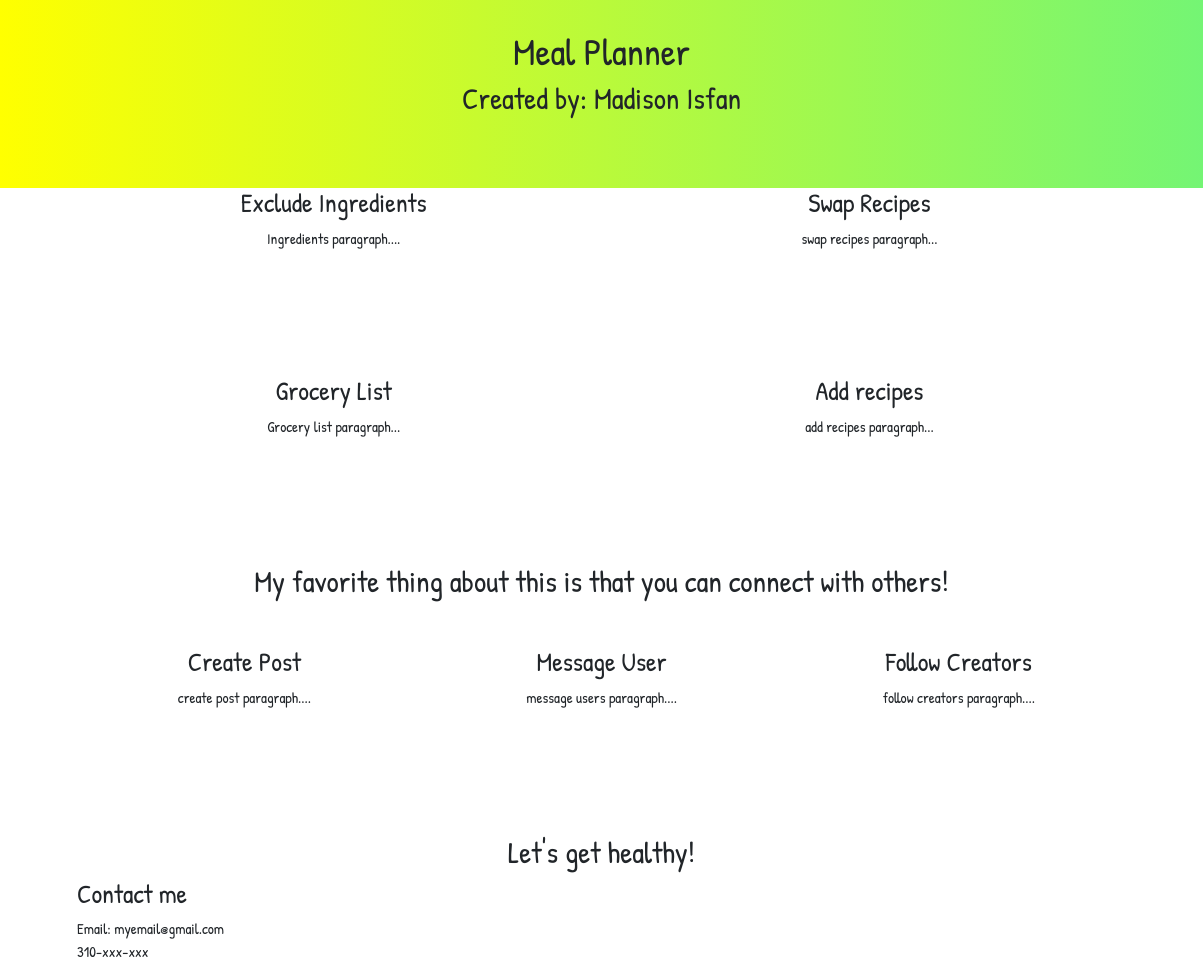
Repository: madisonisfan/Meal-Planner
Page: index.html
The author's editor kept a copy of each file at every save. The page is drawn from the files as they stood at one save, then again after the next save.
The browser window is 1280 px wide. The pictures show the whole page, at 94% of full size.
Some web libraries are served in a nearby version.

Above is the page before, as saved 2021-02-17 17:30:34.

### index.html
<!DOCTYPE html>
<head>

    <meta charset="utf-8"/>
    <meta name="viewport" content="width=device-width, initial-scale=1"/>

    <link rel="stylesheet" href="node_modules/bootstrap/dist/css/bootstrap.min.css" />

    <link rel="stylesheet" href="https://fonts.googleapis.com/css?family=Indie+Flower|Patrick+Hand" />
    <link rel="stylesheet" href="css/styles.css"/>
    <title> Meal Planner </title>
</head>

<body>

    <header class="jumbotron">
        <div class="container">
            <div class="row row-content  justify-content-center">
                <div class="col text-center saling-self">
                    <h1>Meal Planner</h1>
                    <h2>Created by: Madison Isfan</h2>
                </div>
            </div>
        </div>

    </header>

    <div class="container ">
        <div class="row row-content">
            <div class="col-12 text-center col-md">
                <h3>Exclude Ingredients</h3>
                <p>Ingredients paragraph....</p>
            </div>
            <div class="col-12 text-center col-md">
                <h3>Swap Recipes</h3>
                <p >swap recipes paragraph...</p>
            </div>
        </div>

        <div class="row row-content ">
            <div class="col-12 text-center col-md">
                <h3>Grocery List</h3>
                <p>Grocery list paragraph...</p>
            </div>
            <div class="col-12 text-center col-md">
                <h3>Add recipes</h3>
                <p>add recipes paragraph...</p>
            </div>
        </div>

    </div> <!--End of container-->

    <div class="container">
        <div class="row align-items-start">
            <div class="col ">
                <h2 class=" extra-header text-center">My favorite thing about this is that you can connect with others!</h2>
            </div>
        </div>
        <div class="row row-content align-items-start justify-content-center" >
            <div class="col-12 text-center col-md">
                <h3>Create Post</h3>
                <p>create post paragraph....</p>

            </div>
            <div class="col-12 text-center col-md">
                <h3>Message User</h3>
                <p>message users paragraph....</p>
            </div>
            <div class="col-12 text-center col-md">
                <h3>Follow Creators</h3>
                <p>follow creators paragraph....</p>
            </div>

        </div>

    </div>

    <footer>
        <div class="container">
            <div class="row">
                <div class ="col">
                    <h2 class="text-center"> Let's get healthy! </h2>
                </div>
            </div>

            <div class="row">
                <div class="col">
                    <h3>Contact me</h3>
                    <ul class="list-unstyled">
                        <li>Email: myemail@gmail.com</li>
                        <li>310-xxx-xxx</li>
                    </ul>

                </div>
                <div class="col">

                </div>
            </div>
        </div>
    </footer>


    <script src="node_modules/jquery/dist/jquery.slim.min.js"></script>
    <script src="node_modules/popper.js/dist/umd/popper.min.js"></script>
    <script src="node_modules/bootstrap/dist/js/bootstrap.min.js"></script>
</body>


</html>

### css/styles.css
header {
  height: 200px;
}
body {
  font-family: "Patrick Hand";
}

.row-content {
  min-height: 200px;
}

.jumbotron {
  padding: 30px;
  background-image: linear-gradient(to right, yellow, rgb(116, 245, 116));
}

.extra-header {
  margin-bottom: 50px;
}

After the next save:
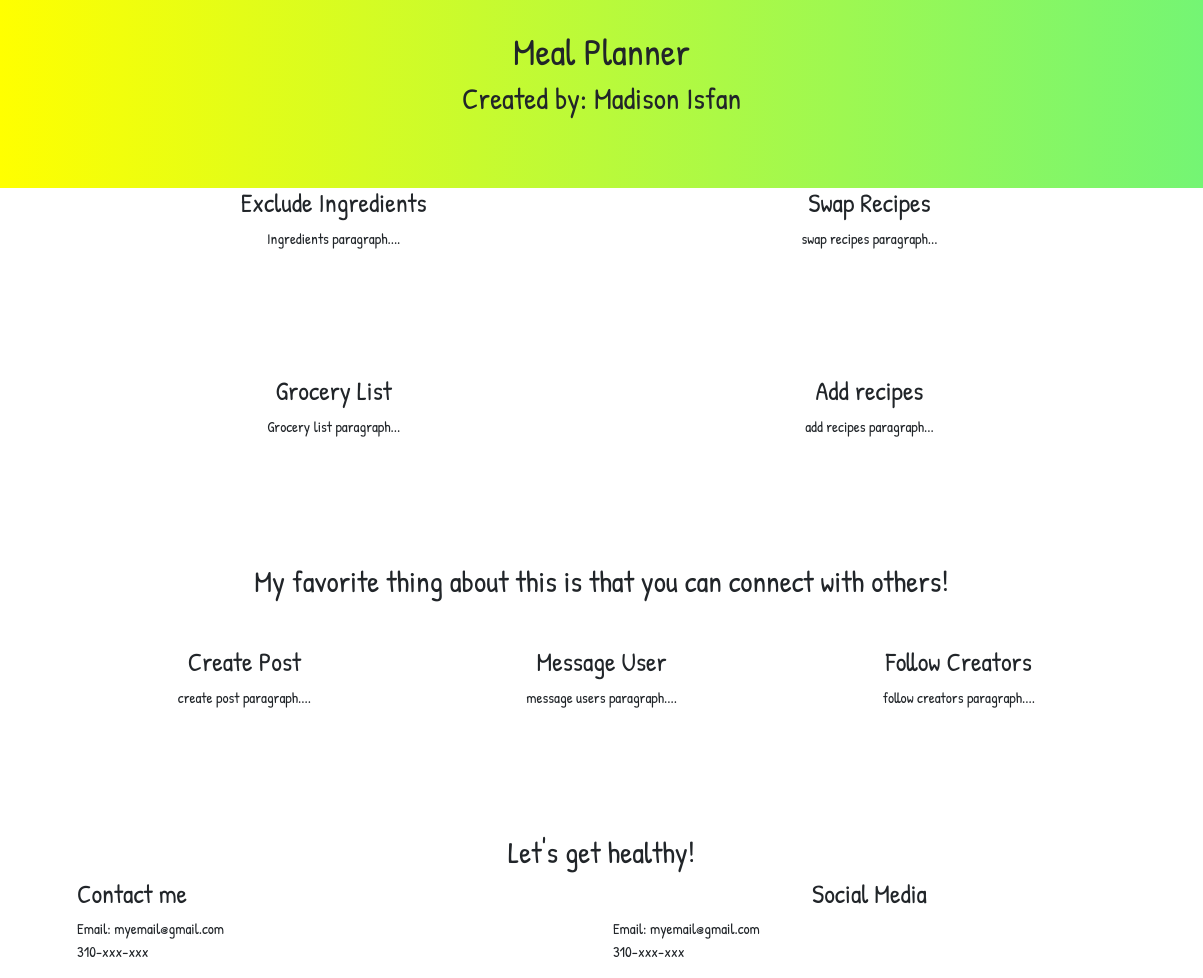
Saved 24 s later.
--- a/index.html
+++ b/index.html
@@ -93,6 +93,11 @@
 
                 </div>
                 <div class="col">
+                    <h3 class="text-center">Social Media</h3>
+                    <ul class="list-unstyled">
+                        <li>Email: myemail@gmail.com</li>
+                        <li>310-xxx-xxx</li>
+                    </ul>
 
                 </div>
             </div>
